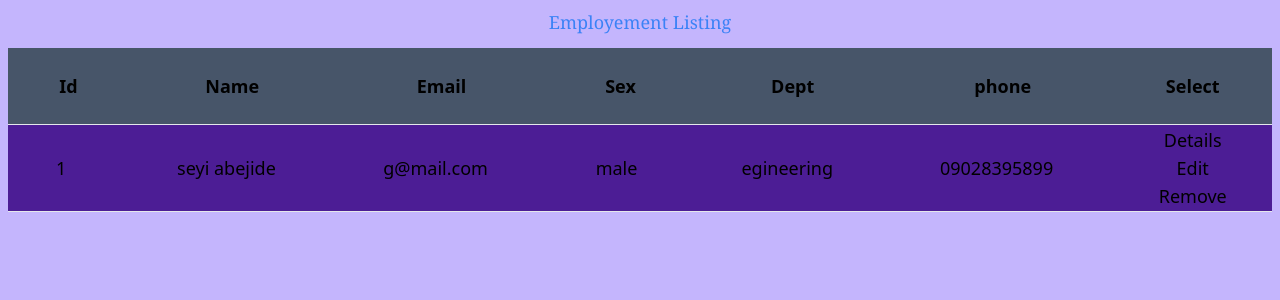
Repository: Semanmernstack/crud
Page: /
The author's editor kept a copy of each file at every save. The page is drawn from the files as they stood at one save, then again after the next save.
The browser window is 1280 px wide. The pictures show the whole page.
The project was rebuilt for these pictures with package versions that can differ from the ones it lists, and the page was loaded fresh each time. Requests to the local data server were answered from the project's data file. Also part of the build but not shown: src/Details.js, src/Create.js, src/Edit.js.

Above is the page before, as saved 2022-12-24 01:08:30.

After the next save:
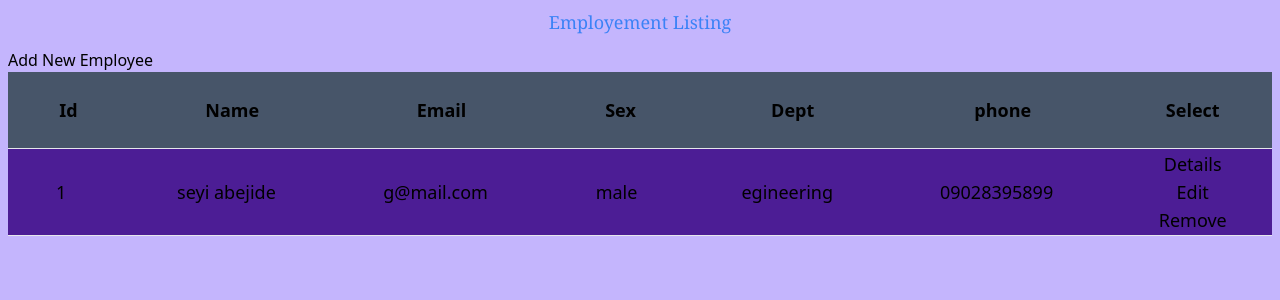
Saved 2 min 19 s later.
--- a/src/List.js
+++ b/src/List.js
@@ -1,5 +1,6 @@
 
 import React, { useEffect, useState } from 'react'
+import { Link } from 'react-router-dom'
 
 function List() {
     const [records, setRecords] = useState("")
@@ -18,7 +19,7 @@ function List() {
     <div className="overflow-x-hidden lg:max-w-7xl mx-auto  p-2 items-center bg-violet-300 h-screen   ">
 
         <p className='text-centre justify-center flex mb-3 text-lg text-blue-500 font-serif'> Employement Listing</p>
-
+        <Link to="/employee/create">Add New Employee</Link>
 
         <table className="  w-[100%] bg-violet-900 text-sm md:text-sm lg:text-lg   " >
 
